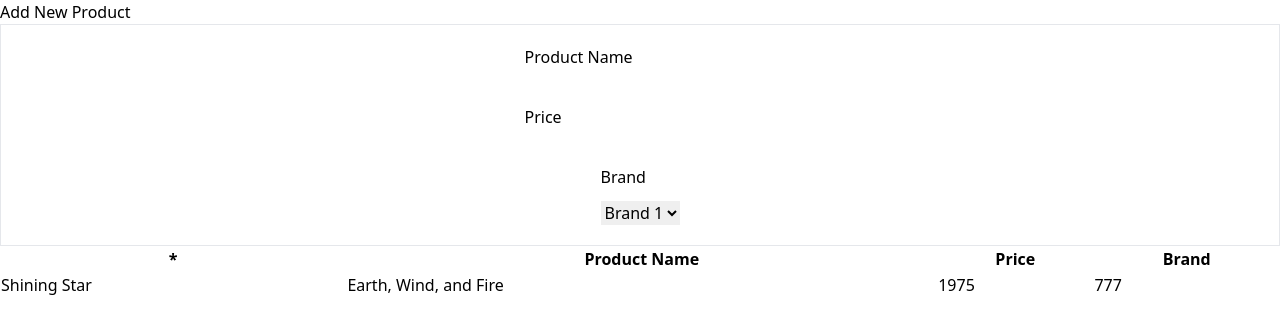
Repository: Semanmernstack/next-13-prisma-crud
Page: /product
These files come from the project's save history. The page is drawn as it stood at one moment and after the next save; the edit follows.
The browser window is 1280 px wide. The pictures show the whole page.
The project was rebuilt for these pictures with package versions that can differ from the ones it lists, and the page was loaded fresh each time. The framework's server and built-in components were replaced by stand-ins that run in the browser. Also part of the build but not shown: next.config.js.

Above is the page before, as saved 2023-06-01 00:47:00.

After the next save:
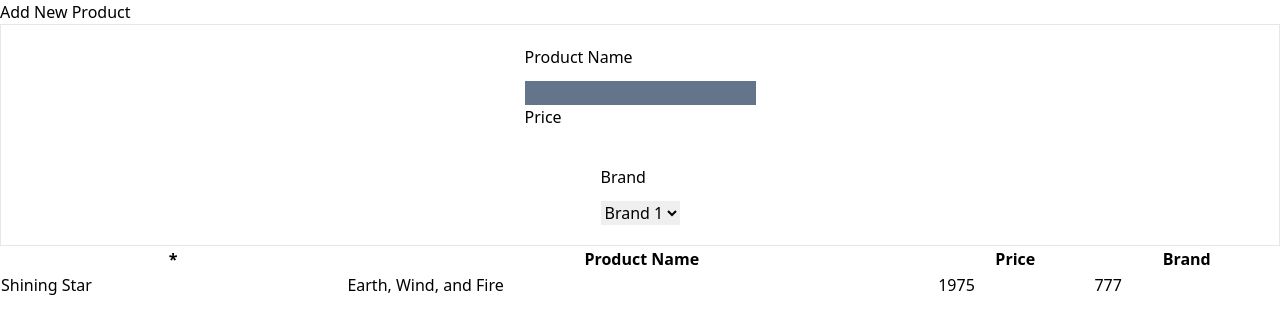
Saved 117 s later.
--- a/app/components/AddPrisma.tsx
+++ b/app/components/AddPrisma.tsx
@@ -16,7 +16,7 @@
         <form className=" flex flex-col items-center justify-center border max-w-8xl decoration-slate-400 p-5 z-50" >
             <div className='flex flex-col space-y-3'>
                 <label>Product Name</label>
-                <input type="text" value={product} onChange={(e) => setProduct(e.target.value)} />
+                <input className='w-full bg-slate-500 outline-none' type="text" value={product} onChange={(e) => setProduct(e.target.value)} />
             </div>
             <div className='flex flex-col space-y-3'>
                 <label >Price</label>
